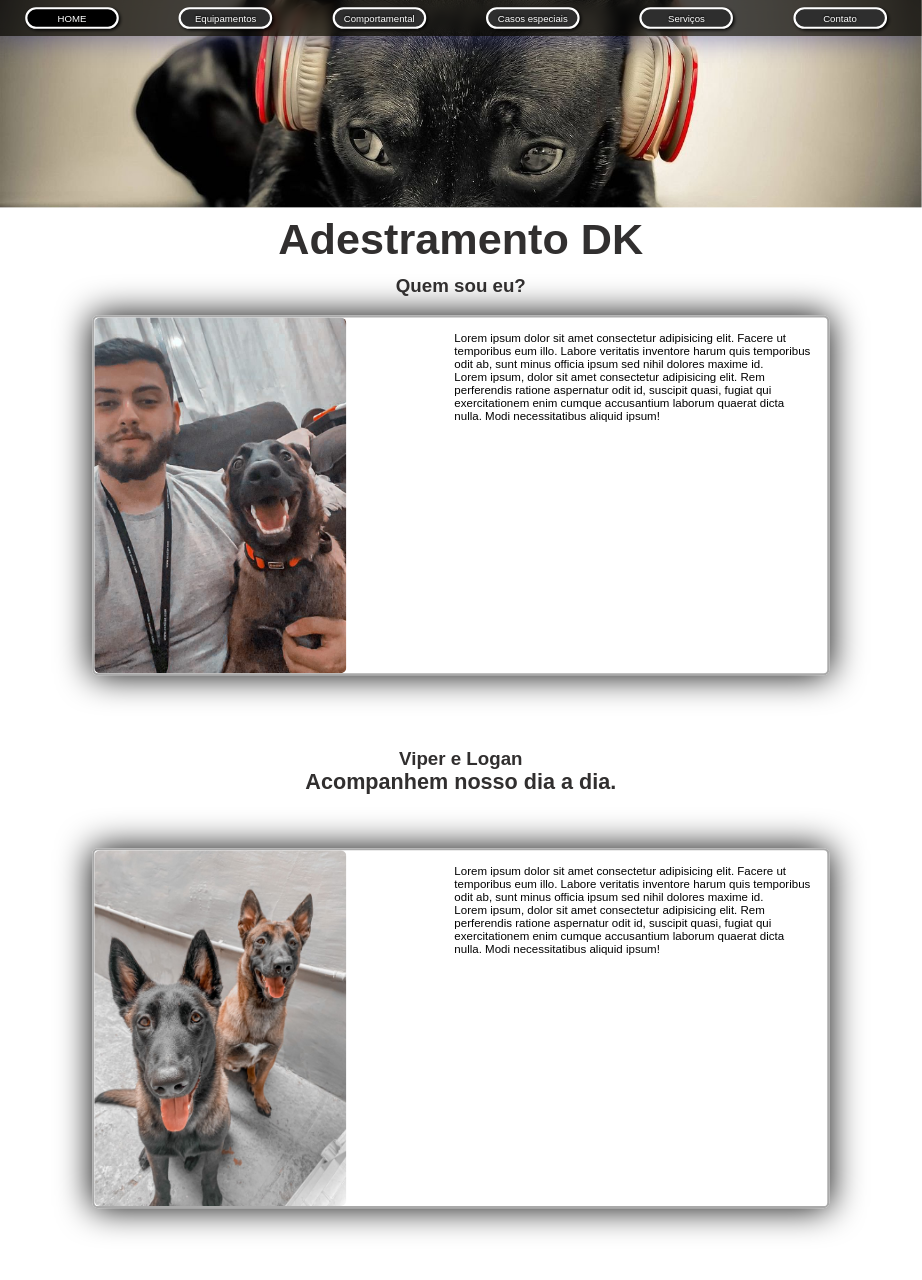
Repository: KevynMarques/Blog-React-StyledComponent
Page: /
An editor plug-in stored every save of this project. The page is shown before and after the next save, followed by the edit.
The browser window is 1280 px wide. The pictures show the whole page, at 72% of full size.
The project was rebuilt for these pictures with package versions that can differ from the ones it lists, and the page was loaded fresh each time. Also part of the build but not shown: src/Components/Equipamentos/style.jsx, src/Components/Equipamentos/index.jsx, src/Components/Comportamental/style.jsx, src/Components/Comportamental/index.jsx, src/Components/Clientes/style.jsx, src/Components/Clientes/index.jsx, src/Components/Serviços/index.jsx, src/Components/Contato/index.jsx.

Above is the page before, as saved 2022-02-10 19:06:58.

### src/App.js
import Home from './Components/Home';
import Sobre from './Components/Sobre/index';
import { useState, useEffect } from 'react';
import { GlobalStyle } from './GlobalStyle';
import Geral from './Components/Geral/index';
import Equipamentos from './Components/Equipamentos/index'

function App() {

  const [geral, setGeral]=useState(<Sobre />);

  return (
    <>
    <Home setGeral={setGeral} />
    <Geral geral={geral} />
    <GlobalStyle/>
   </>
  );
}

export default App;

### src/Components/Home/index.jsx
import React from "react"
import { Home,  HomeB, Equip, Comportamental, MeusCaes, Serviços, Contato } from "./Style"
import Equipamentos from "../Equipamentos/index"
import Sobre from '../Sobre/index'
import Comport  from '../Comportamental/index'
import Clientes from '../Clientes/index'
import Serv from "../Serviços"
import Cont from '../Contato/index'



export default (props, ativo) => {

  const clickEquipe = () => {
    return (
      props.setGeral(<Equipamentos />)
    );

  }

  const clickHome = () => {
    return (
      props.setGeral(<Sobre />)

    );

  }

  const clickComport = () => {
    return (
      props.setGeral(<Comport />)
    );

  }

  const clickMeusCaes = () => {
    return (
      props.setGeral(<Clientes />)
    );

  }

  const clickServ = () => {
    return (
      props.setGeral(<Serv />)
    );

  }

  const clickContato = () => {
    return (
      props.setGeral(<Cont />)
    );


  }

  return (
   <>
    <Home>
       <HomeB
           onClick={clickHome}
           background={ativo}
           >
         <p>HOME</p>
       </HomeB>

       <Equip onClick={clickEquipe} >Equipamentos</Equip>
       <Comportamental onClick={clickComport} >Comportamental</Comportamental>
       <MeusCaes onClick={clickMeusCaes}>Casos especiais</MeusCaes>
       <Serviços onClick={clickServ}>Serviços</Serviços>
       <Contato onClick={clickContato}>Contato</Contato>

    </Home>
    </>
  );
}

### src/Components/Sobre/index.jsx
import { Sobre, Tittle, Dogs, Baner} from "./style"
import Foto from '../Image/foto.png'
import LV from '../Image/LV.jpg';
import Dog from '../Image/Dog.png'

export default () => {
  return (
<>
     <Baner>
       <img src={Dog} />
     </Baner>

   <Tittle>
    <h1>Adestramento DK</h1>
      <h2>Quem sou eu?</h2>
    </Tittle>


  <Sobre>
    <section>
    <p>Lorem ipsum dolor sit amet consectetur adipisicing elit. Facere ut temporibus eum illo. Labore veritatis inventore harum quis temporibus odit ab, sunt minus officia ipsum sed nihil dolores maxime id.
      <br></br>
    Lorem ipsum, dolor sit amet consectetur adipisicing elit. Rem perferendis ratione aspernatur odit id, suscipit quasi, fugiat qui exercitationem enim cumque accusantium laborum quaerat dicta nulla. Modi necessitatibus aliquid ipsum!
    </p>
       <div>
        <img src={Foto} />
       </div>
    </section>
  </Sobre>


  <Tittle>
      <h2>Viper e Logan</h2>
      <p>Acompanhem nosso dia a dia.</p>
    </Tittle>

<Dogs>
<section>
    <p>Lorem ipsum dolor sit amet consectetur adipisicing elit. Facere ut temporibus eum illo. Labore veritatis inventore harum quis temporibus odit ab, sunt minus officia ipsum sed nihil dolores maxime id.
      <br></br>
    Lorem ipsum, dolor sit amet consectetur adipisicing elit. Rem perferendis ratione aspernatur odit id, suscipit quasi, fugiat qui exercitationem enim cumque accusantium laborum quaerat dicta nulla. Modi necessitatibus aliquid ipsum!
    </p>
       <div>
        <img src={LV} />
       </div>
    </section>
</Dogs>

</>

  );
}

### src/GlobalStyle.js
import { createGlobalStyle } from 'styled-components';
import styled from 'styled-components';

 export const GlobalStyle = createGlobalStyle`
  * {
    margin: 0;
    padding: 0;
    box-sizing: border-box;

  }
`;

### src/Components/Geral/index.jsx
import React from "react"
import Equipamentos from "../Equipamentos";
import Sobre from "../Sobre";

export default (props) => {

  return (

    <>
    {props.geral}
    </>

  );

}

### src/Components/Home/Style.jsx
import styled from "styled-components";


export const  Home  = styled.div `
     width: 100vw;
     height: 50px;
     margin: 0;
     position: fixed;
     z-index: 99999;
     background: rgba( 0, 0, 0, 0.7 );
     box-shadow: 0 8px 32px 0 rgba( 31, 38, 135, 0.37 );
     backdrop-filter: blur( 7.5px );
     -webkit-backdrop-filter: blur( 7.5px );
     color:white;
     display: flex;
     align-items: center;
     justify-content: center;
`;

export const HomeB = styled.button `

font-family: Arial, Helvetica, sans-serif;
font-style:normal;
color:#ffffff;
background:#000000;
border:3px solid #ffffff;
text-shadow:0px -1px 3px #000000;
box-shadow:2px 2px 5px #000000;
-moz-box-shadow:2px 2px 5px #000000;
-webkit-box-shadow:2px 2px 5px #000000;
border-radius:25px 25px 25px 25px;
-moz-border-radius:25px 25px 25px 25px;
-webkit-border-radius:25px 25px 25px 25px;
width:130px;
height: 30px;

&:hover {
  background-color: black;
}

cursor:pointer;
margin:0 auto;
margin-left: 35px;

&:active {
  transform: scale(0.9);
}

`;


export const Equip = styled(HomeB) `

background:#2e2e2e;

`;

export const Comportamental = styled(HomeB) `

background:#2e2e2e;

`;


export const MeusCaes = styled(HomeB) `

background:#2e2e2e;

`;


export const Serviços = styled(HomeB) `

background:#2e2e2e;

`;

export const Contato = styled(HomeB) `

background:#2e2e2e;

`;

### src/Components/Sobre/style.jsx
import styled from "styled-components";

export const Baner= styled.div `
  width: 100%;
  height: 40vh;


    img {
    width: 100%;
    height: 100%;
    object-fit: cover;

    }
`;


export const Tittle = styled.h1`
@import url('https://fonts.googleapis.com/css2?family=Prompt:ital,wght@1,300&display=swap');
color: #312f2f;
font-size: 30px;
font-family: 'Prompt', sans-serif;
text-align: center;
height: 40px;
margin-top: 10px;

      h2 {
      font-size:26px ;
      margin-top: 15px;
      }
`;

export const  Sobre  = styled.section `
  height: 500px;
  border: solid 3px #aaaaaa;
  width: 80vw;
  margin: 100px  10%;
  border-radius: 8px;
  box-shadow: 0 0 3em Black;
  display: flex;


  div {
    width: 35%;
    height:494px;
    margin-top: -146px;
  }

  img {
    object-fit: cover;
    width: 100%;
    height: 100%;
    border-radius: 8px;
  }

p {
    width: 500px;
    margin-left: 500px;
    margin-top: 20px;
    font-size: 16px;
    font-family: Arial, Helvetica, sans-serif;
  }
`;



export const  Dogs  = styled(Sobre) `

`;

Loaded but not shown: public/index.html (common file); src/index.js (common file)

After the next save:
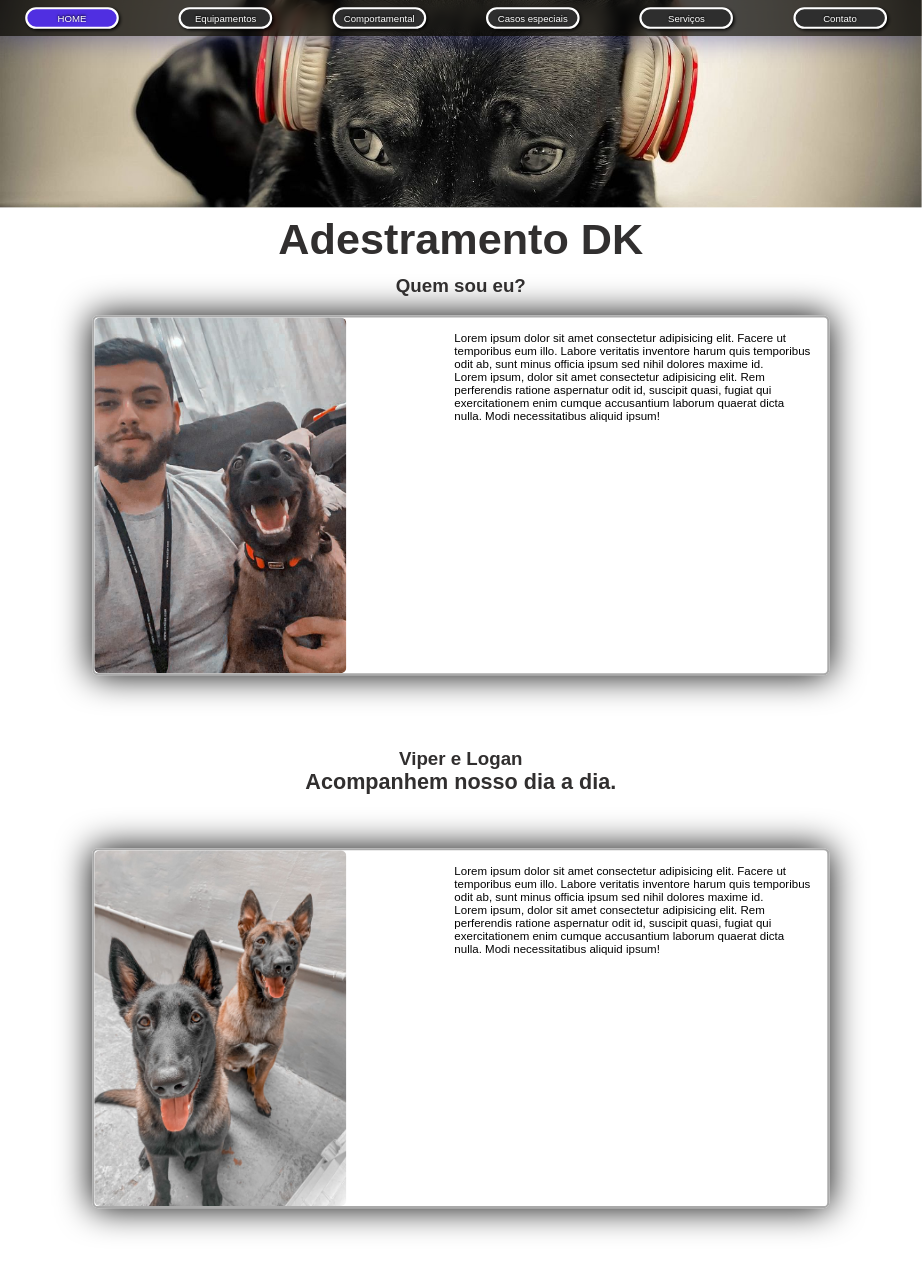
Saved 5 s later.
--- a/src/Components/Home/index.jsx
+++ b/src/Components/Home/index.jsx
@@ -60,7 +60,7 @@ export default (props, ativo) => {
     <Home>
        <HomeB
            onClick={clickHome}
-           background={ativo}
+           style={{background:'#502fe1'}}
            >
          <p>HOME</p>
        </HomeB>

After the save that followed:
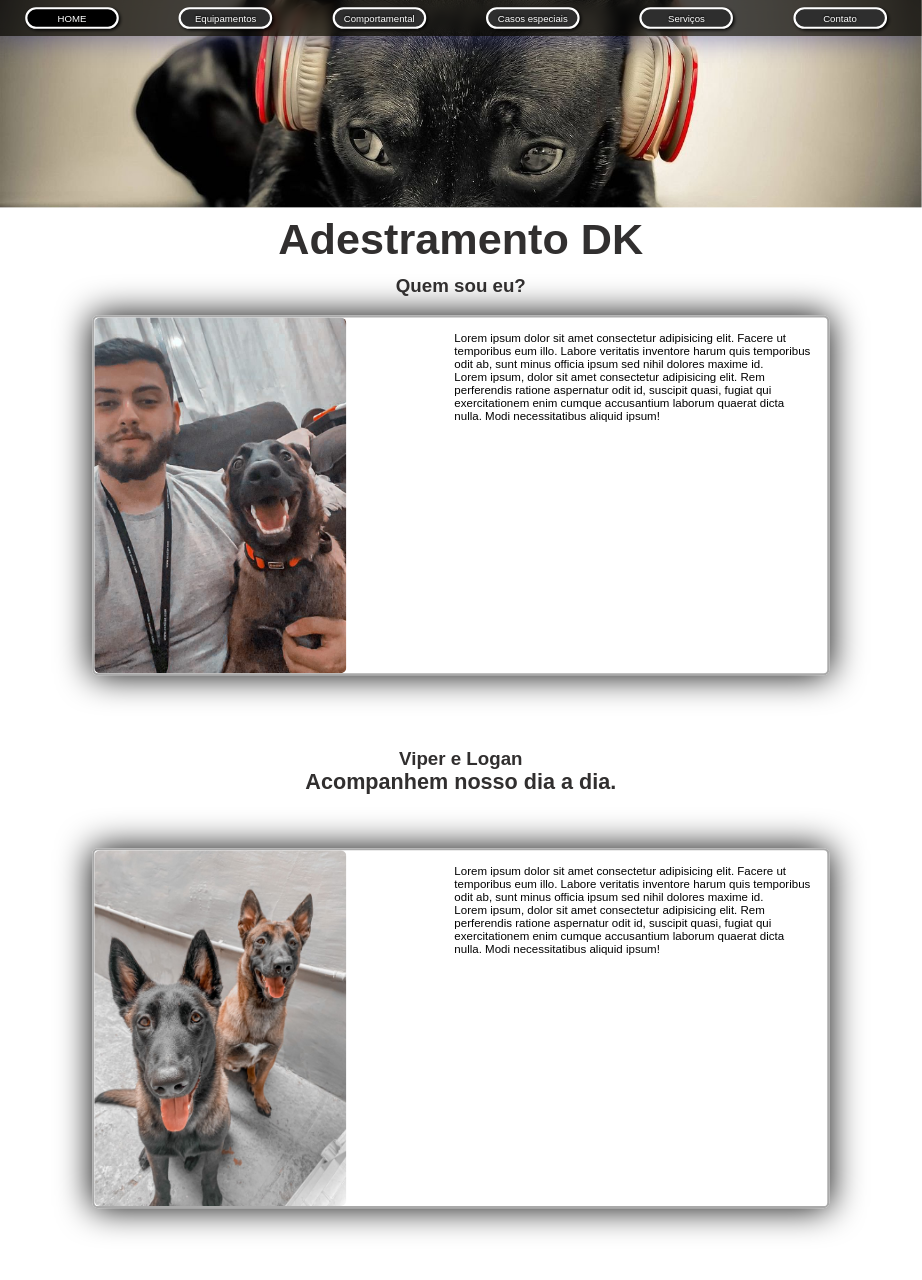
Saved 2 min 10 s later.
--- a/src/Components/Home/index.jsx
+++ b/src/Components/Home/index.jsx
@@ -60,7 +60,7 @@ export default (props, ativo) => {
     <Home>
        <HomeB
            onClick={clickHome}
-           style={{background:'#502fe1'}}
+
            >
          <p>HOME</p>
        </HomeB>
